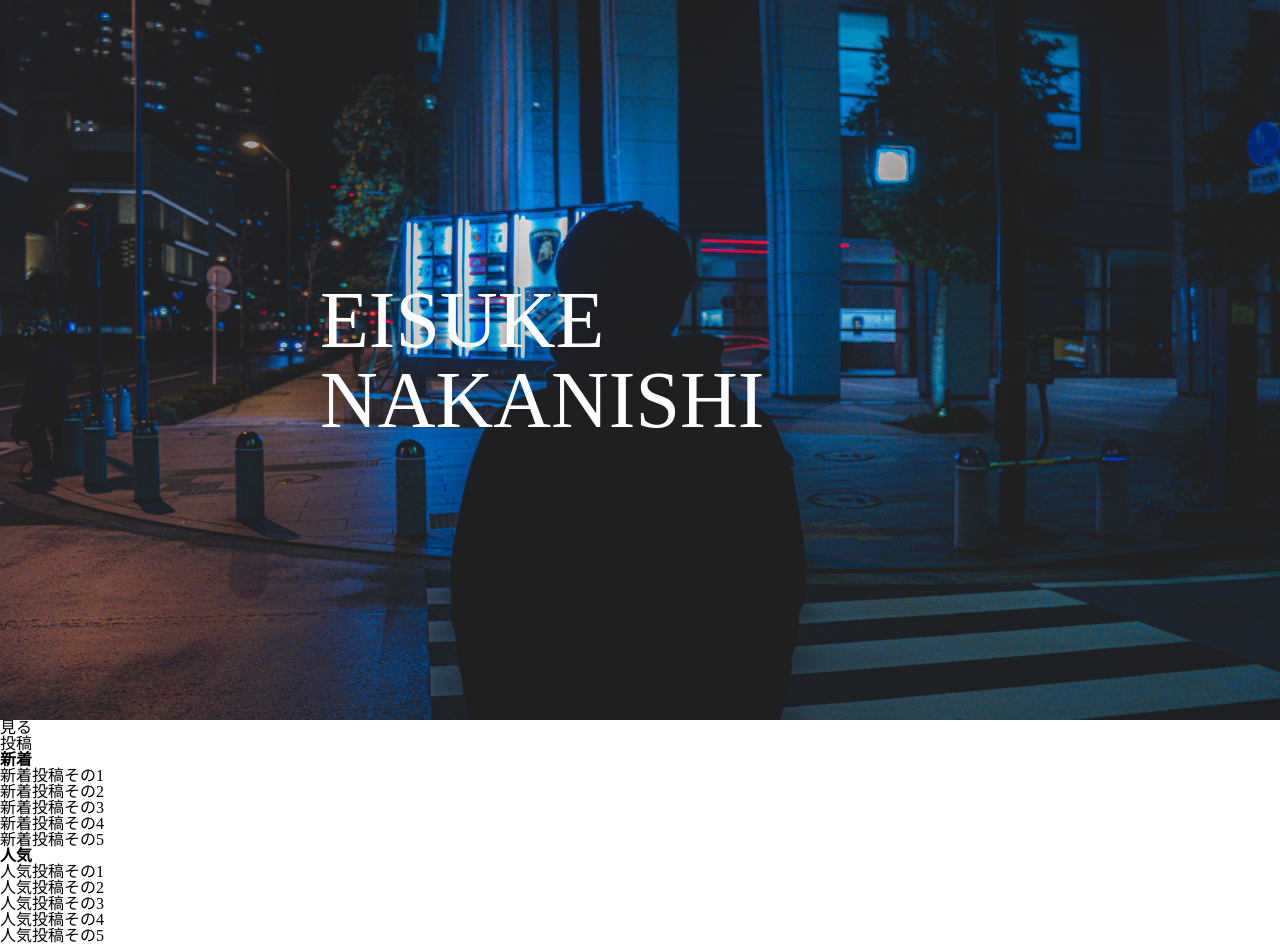
Repository: KustomApe/LandorusInc
Page: index.html
These files come from the project's save history. The page is drawn as it stood at one moment and after the next save; the edit follows.
The browser window is 1280 px wide. The pictures show the whole page.

Above is the page before, as saved 2021-07-24 13:00:06.

After the next save:
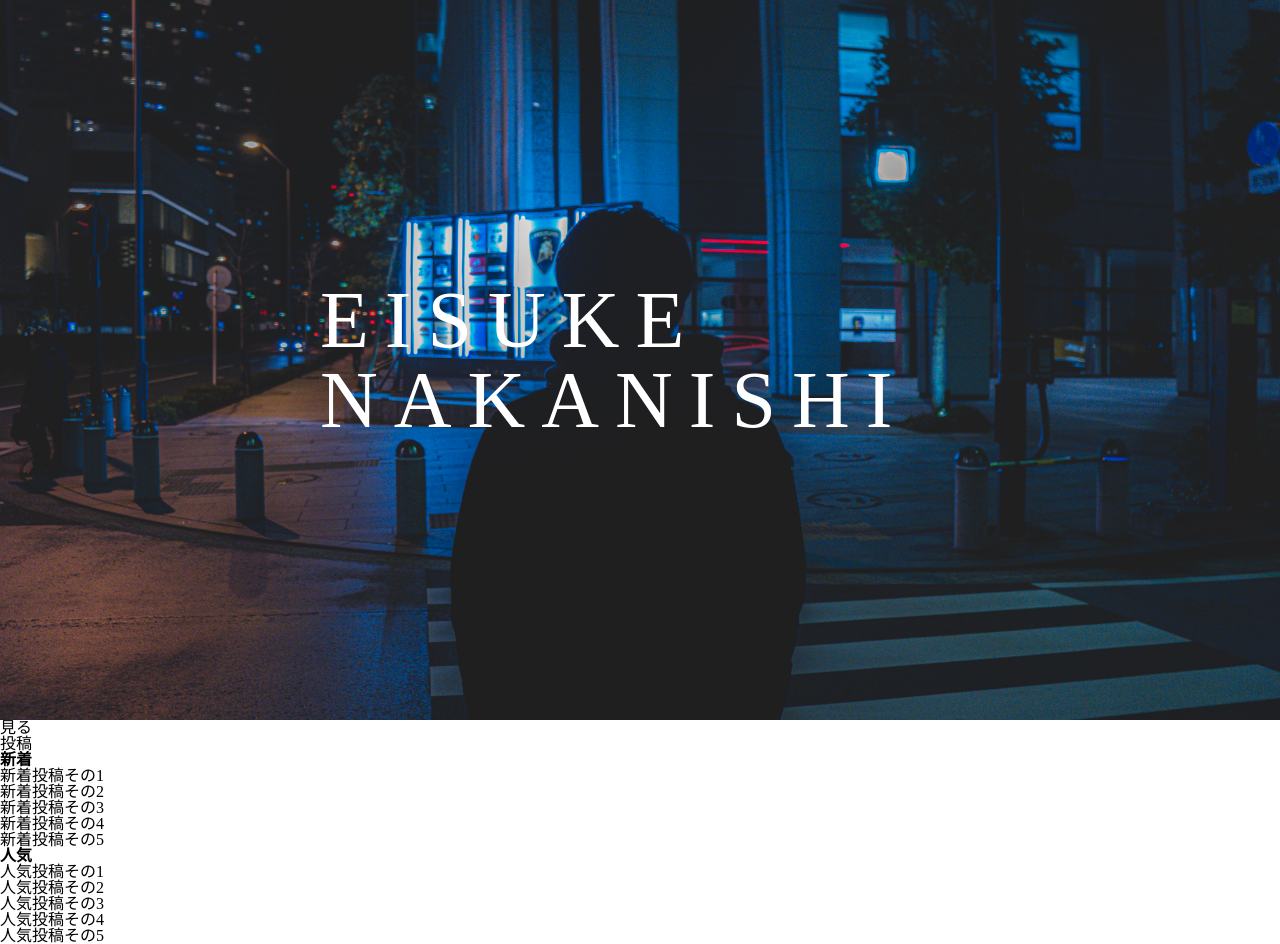
Saved 27 s later.
--- a/assets/css/style.css
+++ b/assets/css/style.css
@@ -24,4 +24,5 @@ div#main_img h1 {
     color: #fff;
     font-size: 5rem;
     font-weight: lighter;
+    letter-spacing: 1rem;
 }
